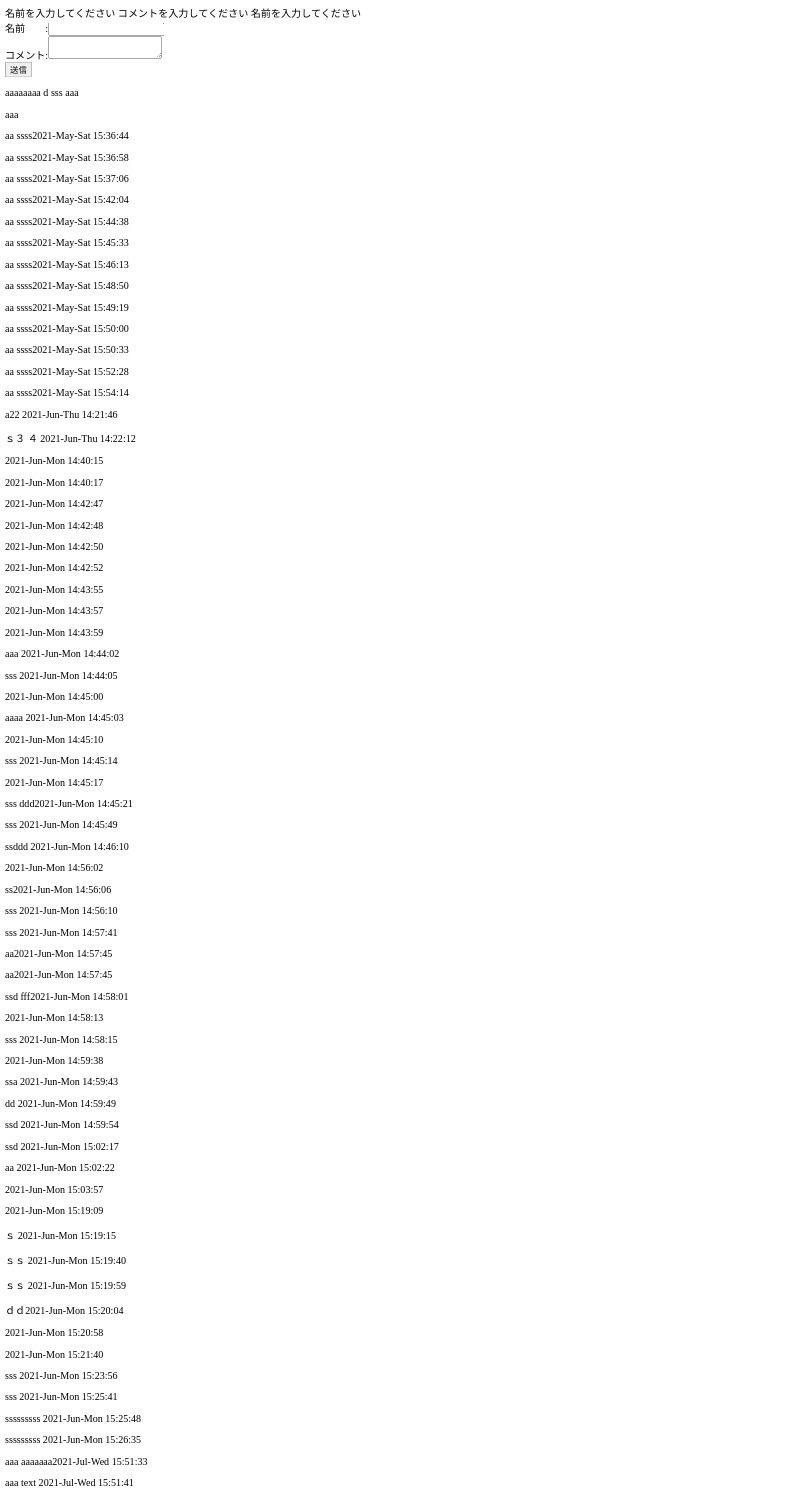
Repository: kawahito05-work/dc_work_nakano_kawahito_php
Page: http://localhost/htdocs/bbs.php
The author's editor kept a record of every edit. The page is drawn from the files as they stood at one moment, then again after the next edit.
The browser window is 1280 px wide. The pictures show the whole page, at 63% of full size.
The page is run by PHP 8.4 with error messages shown; the project is at /var/www/html/.

Above is the page before.

### htdocs/bbs.php
<?php
$name = '';
$comment = '';
$data = '';
$log = date('Y-M-D H:i:s');
$filename = 'bbs_file.txt';


if(isset($_POST['name'])===TRUE){
    $name = $_POST['name'];
}

if(isset($_POST['comment'])===TRUE){
    $comment = $_POST['comment'];
}



if (mb_strlen($name) > 20) {
    print '名前は20文字以内でお願いします'."\n";
}
if (mb_strlen($comment) > 100) {
    print 'コメントは100文字以内でお願いします'."\n";
}

if (mb_strlen($comment) === 0) {
    print '名前を入力してください'."\n";
}
if (mb_strlen($comment) === 0) {
    print 'コメントを入力してください'."\n";
}


if (mb_strlen($name) > 20) {
    print '名前は20文字以内でお願いします';
} elseif (mb_strlen($comment) > 100) {
    print 'コメントは100文字以内でお願いします';
} elseif (mb_strlen($comment) === 0) {
    print '名前を入力してください';
} elseif (mb_strlen($comment) === 0) {
    print 'コメントを入力してください';
} else {
    $data = $name.' '.$comment.$log."\n";
}

if ($data !== ''){
    if ($_SERVER['REQUEST_METHOD'] === 'POST'){
        if(($fp = fopen($filename, 'a')) !== FALSE ) {
            if(fwrite($fp, $data) === FALSE){
                print '書き込み失敗';
            }
            fclose($fp);
        }
    }
}

$history = [];

if (is_readable($filename) === TRUE) {
    if (($fp = fopen($filename, 'r')) !== FALSE) {
        while (($tmp = fgets($fp)) !== FALSE) {
            $history[] = htmlspecialchars($tmp, ENT_QUOTES, 'UTF-8');
        }
        fclose($fp);
    }
}

?>

<!DOCTYPE html>
<html lang="ja">
<head>
    <meta charset="ja">
    <title></title>
</head>
<body>
    <form method="POST">
        名前　　:<input type="text" name="name"><br>
        コメント:<textarea name="comment"></textarea><br>
        <input type="submit" name="submit" value="送信">
    </form>
<?php foreach ($history as $read) { ?>
    <p><?php print $read; ?></p>
<?php } ?>
</body>
</html>

### htdocs/bbs_file.txt
aaaaaaaa d  sss aaa
aaa
aa ssss2021-May-Sat 15:36:44
aa ssss2021-May-Sat 15:36:58
aa ssss2021-May-Sat 15:37:06
aa ssss2021-May-Sat 15:42:04
aa ssss2021-May-Sat 15:44:38
aa ssss2021-May-Sat 15:45:33
aa ssss2021-May-Sat 15:46:13
aa ssss2021-May-Sat 15:48:50
aa ssss2021-May-Sat 15:49:19
aa ssss2021-May-Sat 15:50:00
aa ssss2021-May-Sat 15:50:33
aa ssss2021-May-Sat 15:52:28
aa ssss2021-May-Sat 15:54:14
a22         2021-Jun-Thu 14:21:46
ｓ３     ４    2021-Jun-Thu 14:22:12
         2021-Jun-Mon 14:40:15
         2021-Jun-Mon 14:40:17
         2021-Jun-Mon 14:42:47
         2021-Jun-Mon 14:42:48
         2021-Jun-Mon 14:42:50
         2021-Jun-Mon 14:42:52
         2021-Jun-Mon 14:43:55
         2021-Jun-Mon 14:43:57
         2021-Jun-Mon 14:43:59
aaa         2021-Jun-Mon 14:44:02
sss         2021-Jun-Mon 14:44:05
         2021-Jun-Mon 14:45:00
aaaa         2021-Jun-Mon 14:45:03
         2021-Jun-Mon 14:45:10
sss         2021-Jun-Mon 14:45:14
         2021-Jun-Mon 14:45:17
sss         ddd2021-Jun-Mon 14:45:21
sss         2021-Jun-Mon 14:45:49
ssddd         2021-Jun-Mon 14:46:10
         2021-Jun-Mon 14:56:02
         ss2021-Jun-Mon 14:56:06
sss         2021-Jun-Mon 14:56:10
sss         2021-Jun-Mon 14:57:41
 aa2021-Jun-Mon 14:57:45
 aa2021-Jun-Mon 14:57:45
ssd fff2021-Jun-Mon 14:58:01
         2021-Jun-Mon 14:58:13
sss         2021-Jun-Mon 14:58:15
         2021-Jun-Mon 14:59:38
        ssa 2021-Jun-Mon 14:59:43
        dd 2021-Jun-Mon 14:59:49
ssd         2021-Jun-Mon 14:59:54
ssd         2021-Jun-Mon 15:02:17
aa         2021-Jun-Mon 15:02:22
         2021-Jun-Mon 15:03:57
         2021-Jun-Mon 15:19:09
ｓ         2021-Jun-Mon 15:19:15
ｓｓ         2021-Jun-Mon 15:19:40
ｓｓ         2021-Jun-Mon 15:19:59
         ｄｄ2021-Jun-Mon 15:20:04
         2021-Jun-Mon 15:20:58
         2021-Jun-Mon 15:21:40
sss         2021-Jun-Mon 15:23:56
sss         2021-Jun-Mon 15:25:41
sssssssss         2021-Jun-Mon 15:25:48
sssssssss         2021-Jun-Mon 15:26:35
aaa         aaaaaaa2021-Jul-Wed 15:51:33
aaa        text 2021-Jul-Wed 15:51:41

After the next edit:
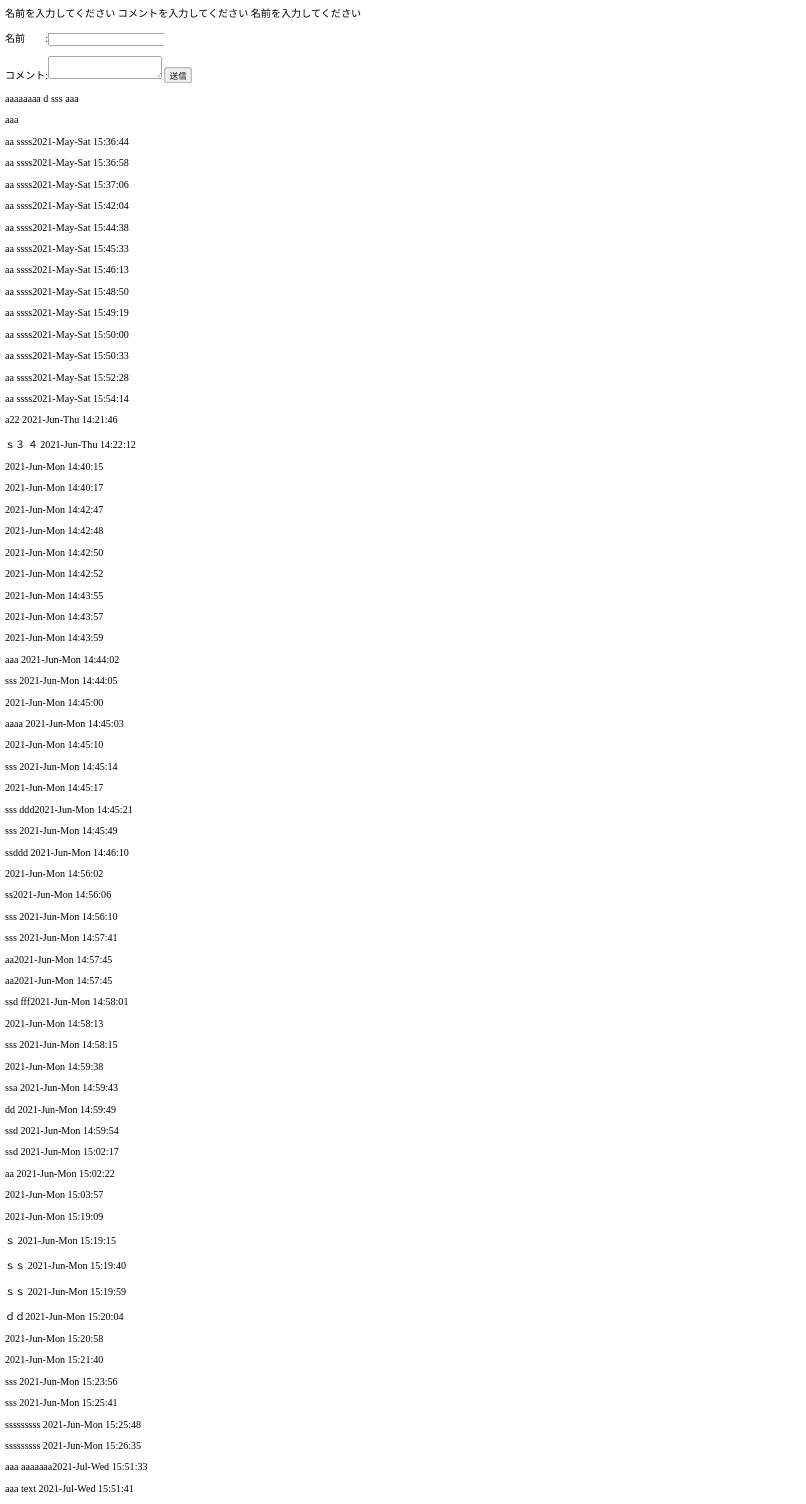
The edit:
--- a/htdocs/bbs.php
+++ b/htdocs/bbs.php
@@ -75,9 +75,13 @@
 </head>
 <body>
     <form method="POST">
-        名前　　:<input type="text" name="name"><br>
-        コメント:<textarea name="comment"></textarea><br>
+        <p>
+        名前　　:<input type="text" name="name">
+        </p>
+        <p>
+        コメント:<textarea name="comment"></textarea>
         <input type="submit" name="submit" value="送信">
+        </p>
     </form>
 <?php foreach ($history as $read) { ?>
     <p><?php print $read; ?></p>
